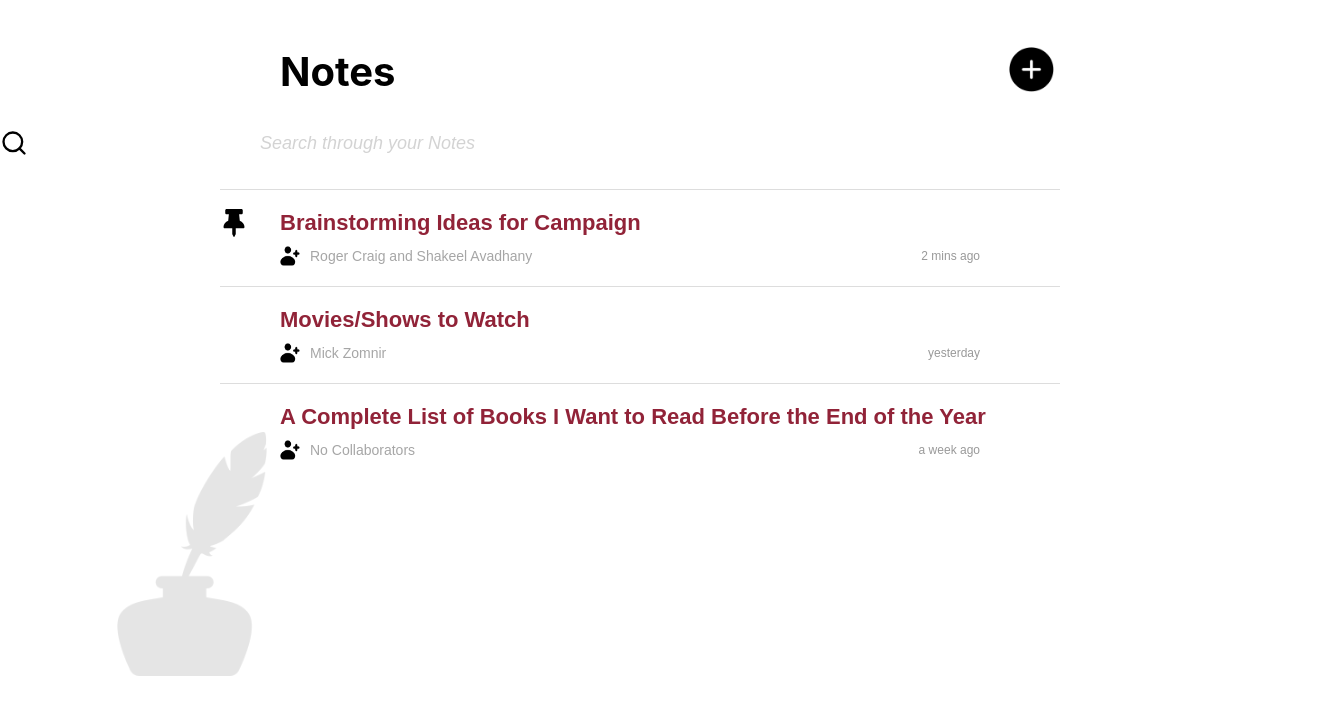
Repository: shabiasaeed/Notes-app
Page: /
The author's editor kept a copy of each file at every save. The page is drawn from the files as they stood at one save, then again after the next save.
The browser window is 1280 px wide. The page is 1320 px wide, so the pictures cover 1320 px, including what lies to the right of the window. The pictures show the whole page.
The project was rebuilt for these pictures with package versions that can differ from the ones it lists, and the page was loaded fresh each time.

Above is the page before, as saved 2024-12-31 01:02:35.

After the next save:
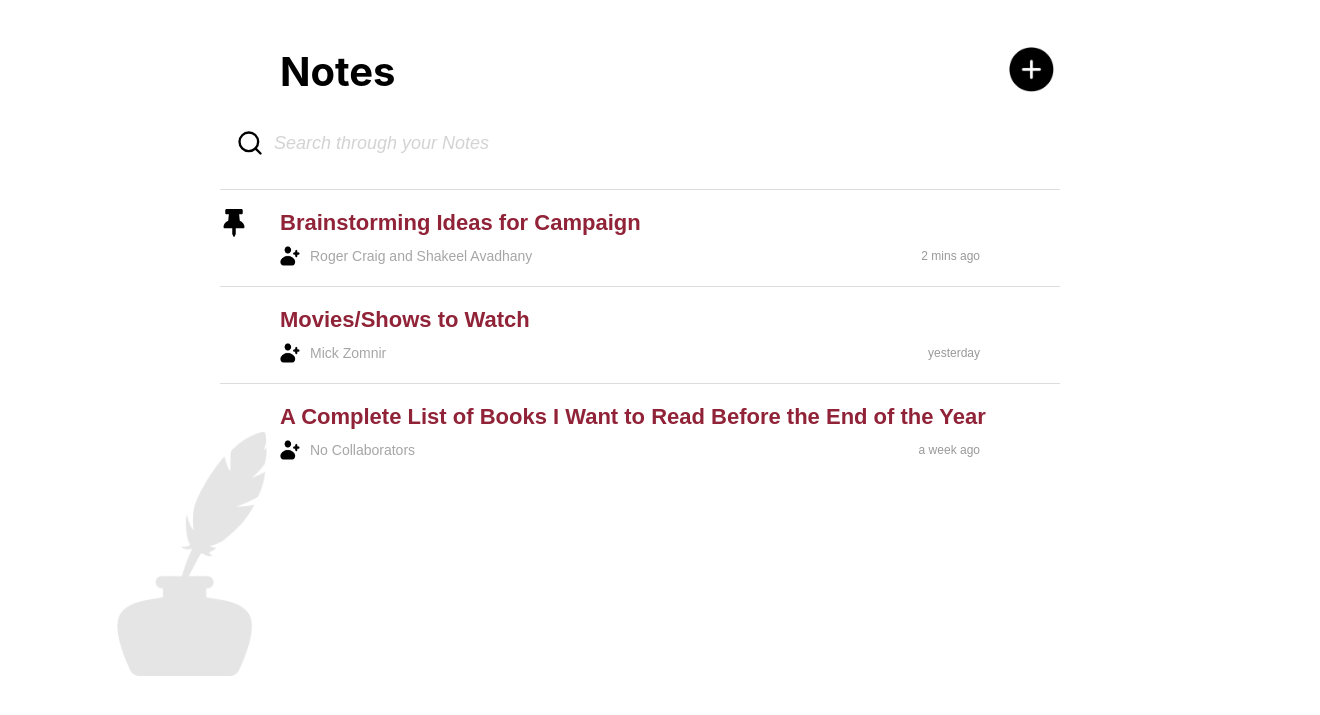
Saved 6 s later.
--- a/src/components/Header.css
+++ b/src/components/Header.css
@@ -63,7 +63,6 @@
 .search-icon {
     width: 28px;
     height: 28px;
-    position: absolute;
-    left: 0;
+
     cursor: pointer;
 }
